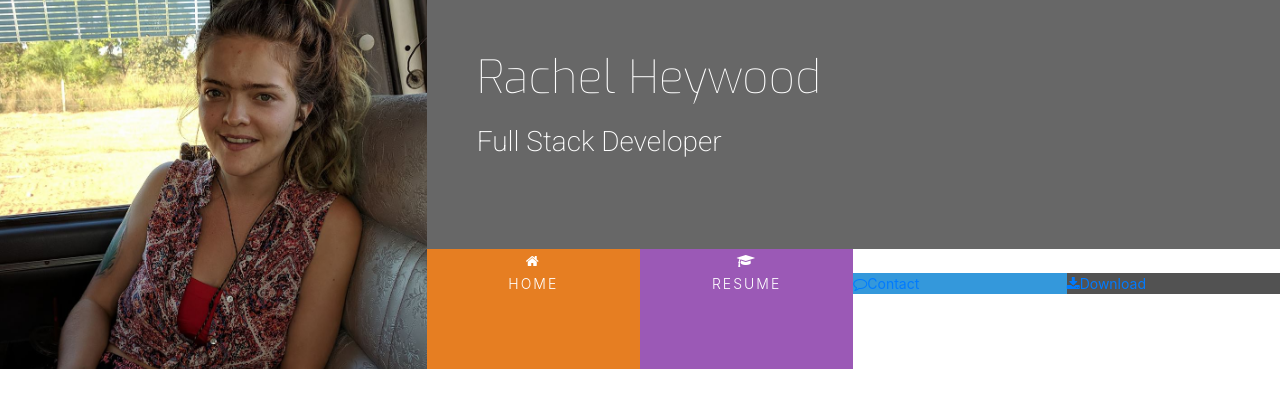
Repository: Heywood93/resume
Page: index.html
The author's editor kept a record of every edit. The page is drawn from the files as they stood at one moment, then again after the next edit.
The browser window is 1280 px wide. The pictures show the whole page.

Above is the page before.

After the next edit:
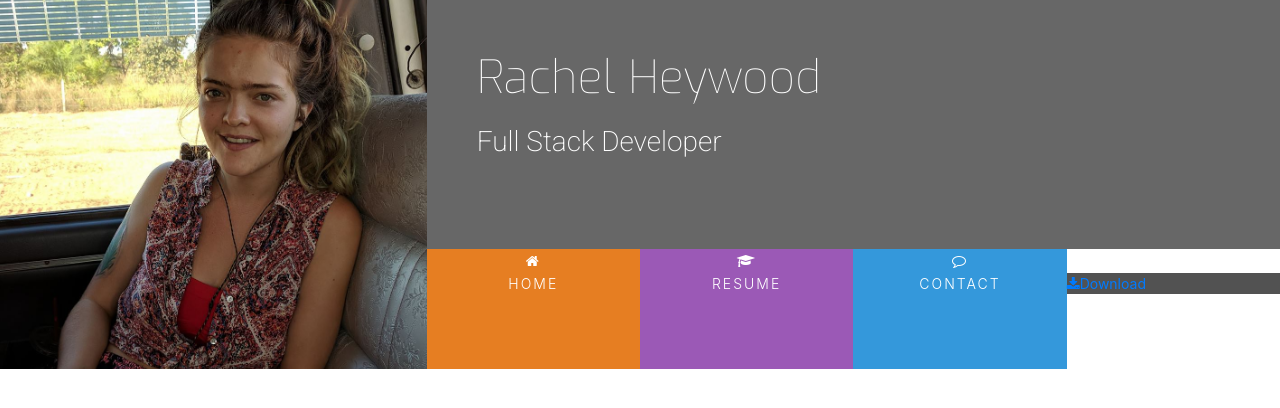
The edit:
--- a/index.html
+++ b/index.html
@@ -31,7 +31,7 @@
                             <li class="col-6 col-sm-3 ui-menu-color-resume list-inline-item menuitem">
                                 <a href="#"><span class="fa fa-graduation-cap" aria-hidden="true"></span><span>Resume</span></a>
                             </li>
-                            <li class="col-6 col-sm-3 ui-menu-color-contact list-inline-item">
+                            <li class="col-6 col-sm-3 ui-menu-color-contact list-inline-item menuitem">
                                 <a href="#"><span class="fa fa-comment-o" aria-hidden="true"></span><span>Contact</span></a>
                             </li>
                             <li class="col-6 col-sm-3 ui-menu-color-download list-inline-item">
